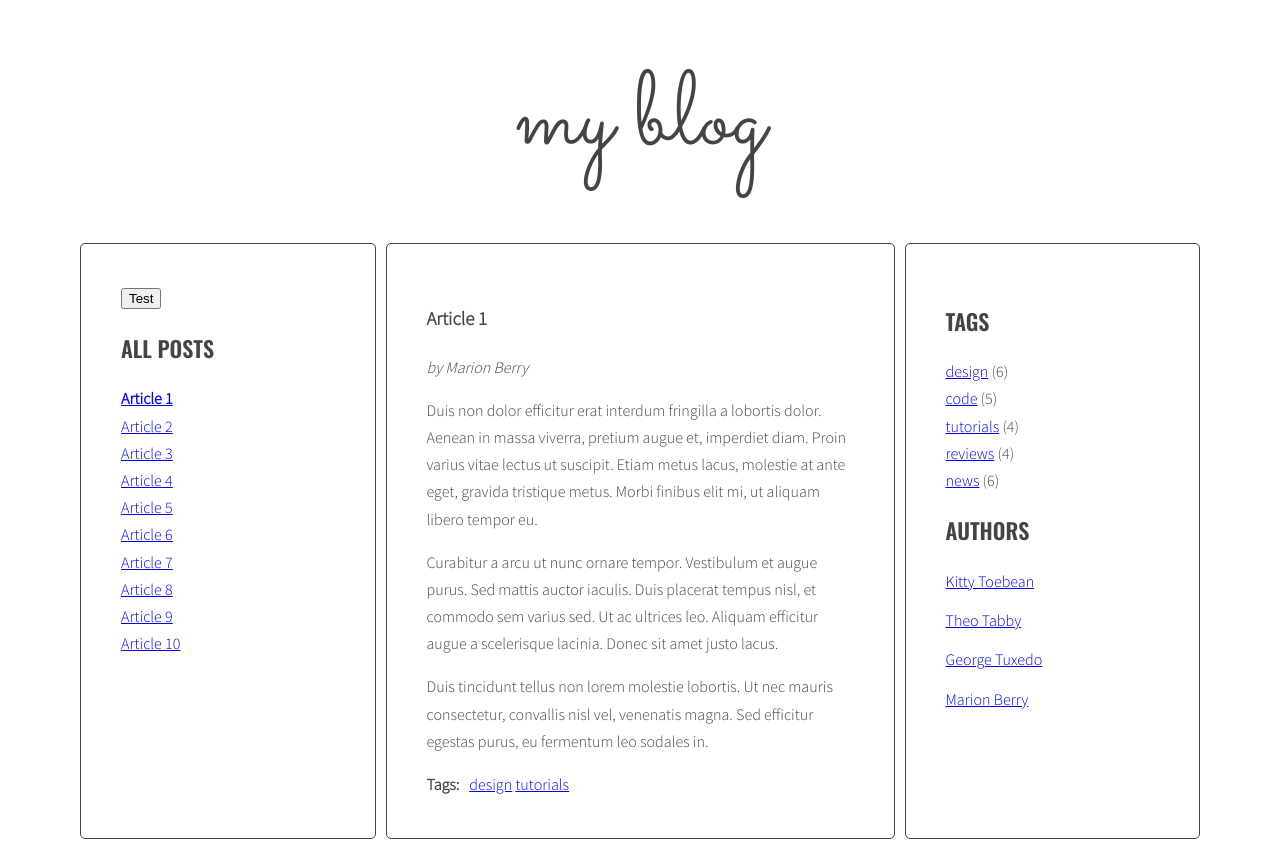
Repository: ulasup/javascript-blog
Page: index.html
These files come from the project's save history. The page is drawn as it stood at one moment and after the next save; the edit follows.
The browser window is 1280 px wide. The pictures show the whole page.
The style sheet was rebuilt from its Sass, Less or Tailwind sources for each picture, by a compiler version that may differ from the author's.

Above is the page before, as saved 2020-12-12 21:26:28.

After the next save:
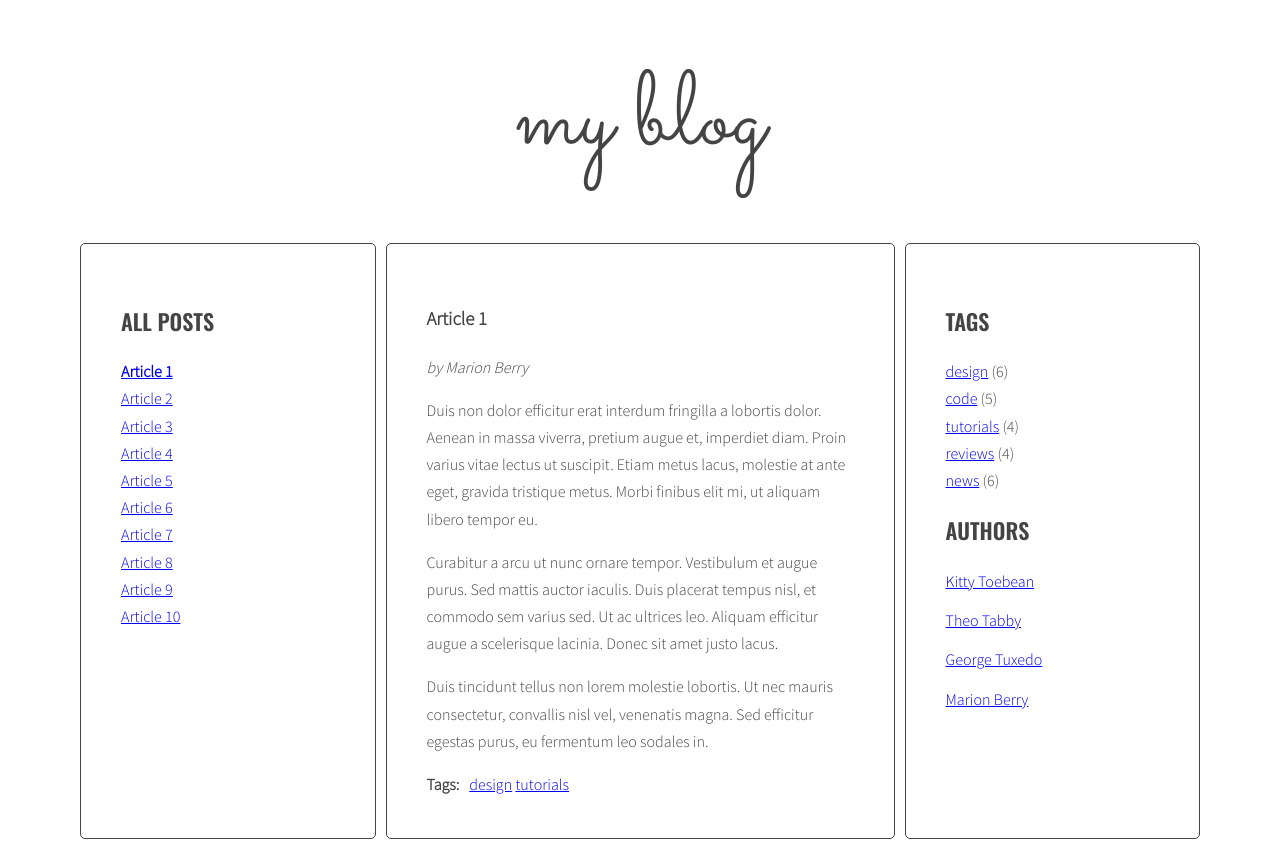
Saved 7 s later.
--- a/index.html
+++ b/index.html
@@ -11,7 +11,6 @@
               <h1 class="logo">my blog</h1>
               <main class="wrapper">
                 <aside class="sidebar">
-                  <button id="button-test">Test</button>
                   <h2 class="section-title">All posts</h2>
                   <ul class="list titles">
                     <li><a href="#article-1" class="active"><span>Article 1</span></a></li>
